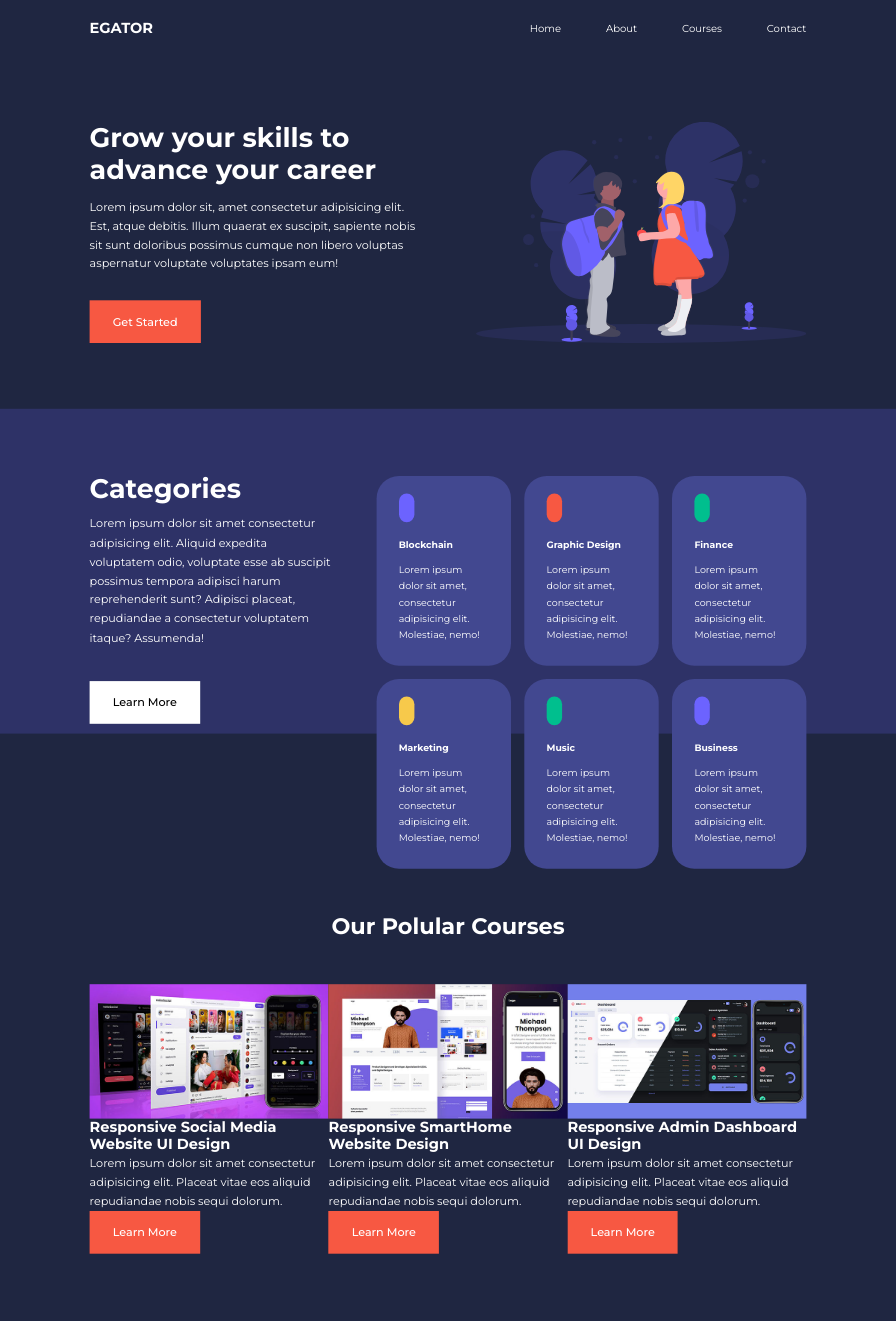
Repository: QUANGTHAI2003/education-web
Page: index.html
These files come from the project's save history. The page is drawn as it stood at one moment and after the next save; the edit follows.
The browser window is 1280 px wide. The pictures show the whole page, at 70% of full size.
Some icons come from a web library that is not loaded, so they are not drawn.

Above is the page before, as saved 2022-03-11 14:42:40.

After the next save:
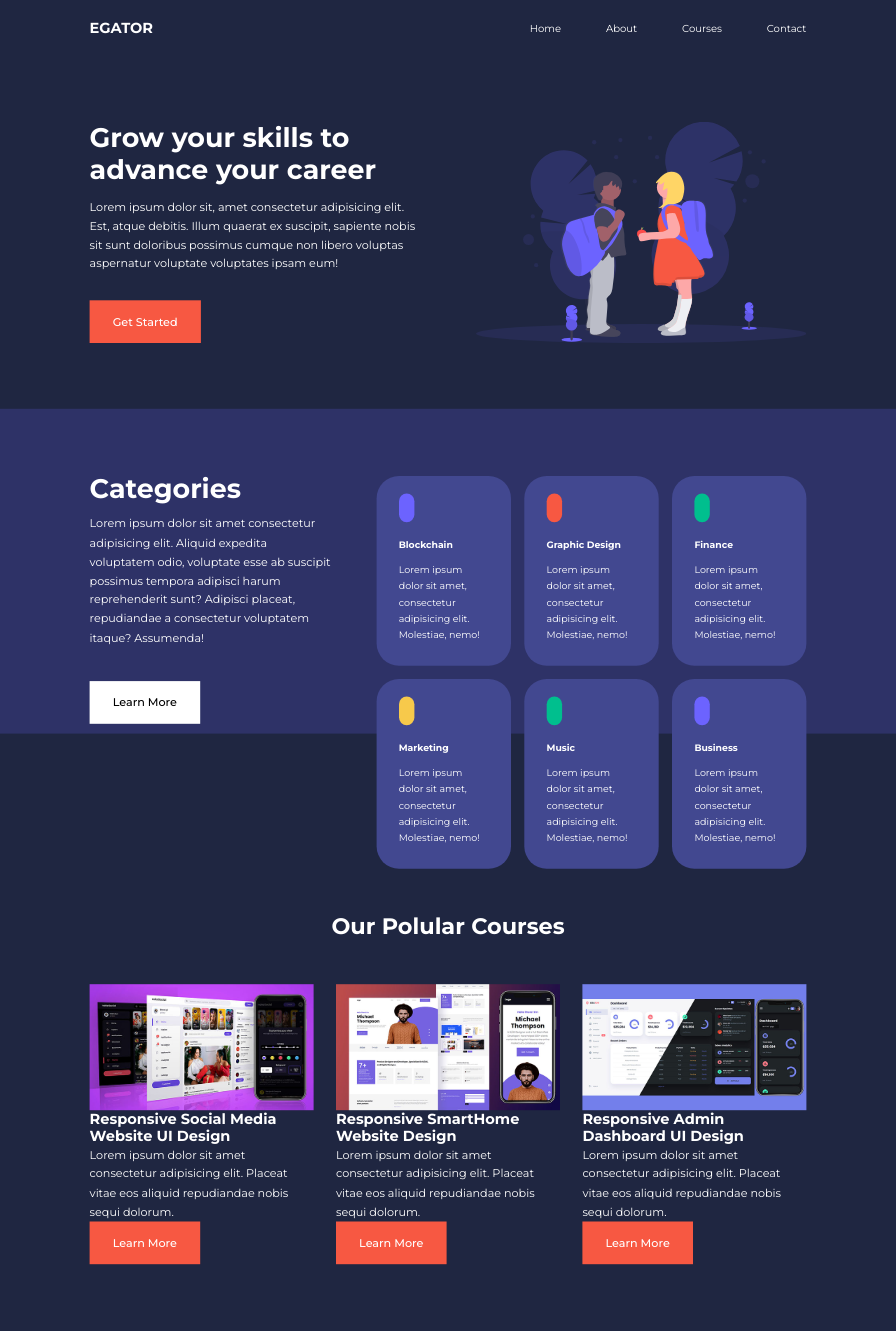
Saved 17 s later.
--- a/css/style.css
+++ b/css/style.css
@@ -245,4 +245,5 @@ header {
 .courses__container {
     display: grid;
     grid-template-columns: repeat(3, 1fr);
-}
+    gap: 2rem;
+}
